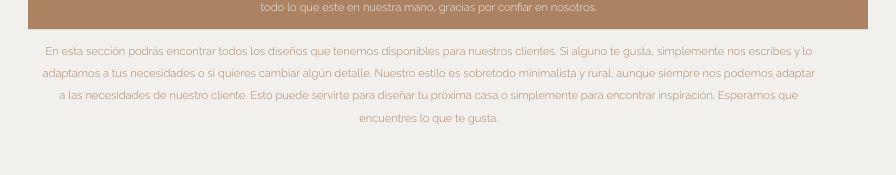
Repository: OmarDvd/proyectoDisenoInterior
Page: disenos.html
The author's editor kept a record of every edit. The page is drawn from the files as they stood at one moment, then again after the next edit.
The browser window is 1280 px wide. The pictures show the part of the page from y = 540 to 2460 px (the page is 790 px tall before and 6388 px after), at 70% of full size.

Above is the page before.
Console error: TypeError: Cannot set properties of null (setting 'onclick')

After the next edit:
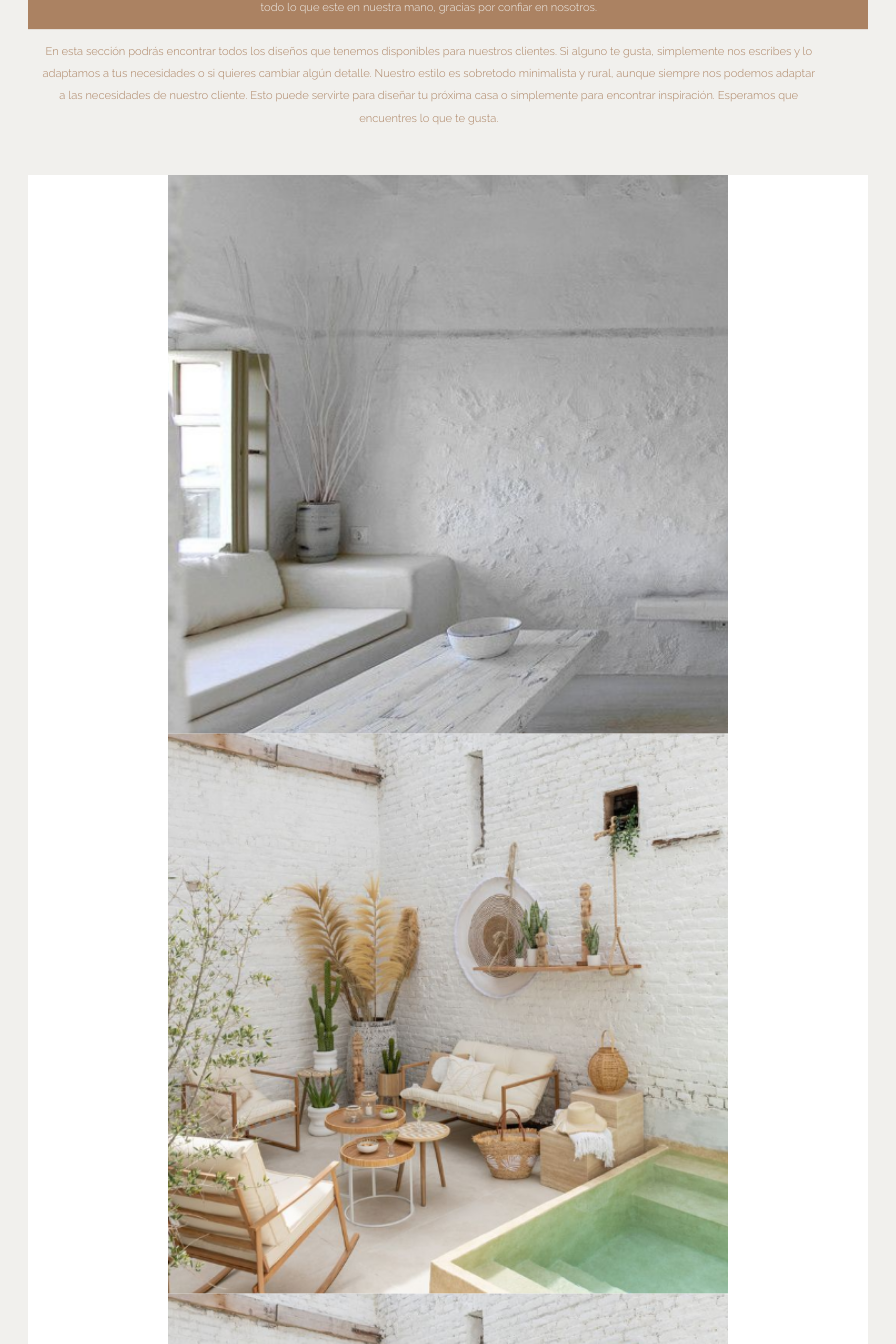
The edit:
--- a/disenos.html
+++ b/disenos.html
@@ -51,9 +51,19 @@
                             En esta sección podrás encontrar todos los diseños que tenemos disponibles para nuestros clientes. Si alguno te gusta, simplemente nos escribes y lo adaptamos a tus necesidades o si quieres cambiar algún detalle. Nuestro estilo es sobretodo minimalista y rural, aunque siempre nos podemos adaptar a las necesidades de nuestro cliente. Esto puede servirte para diseñar tu próxima casa o simplemente para encontrar inspiración. Esperamos que encuentres lo que te gusta.
                         </p>
                     </div>
+
+
                 </div>
 
-
+                <div class="img">
+                        <img src="imagenes/diseños/Captura.PNG"></img>
+                        <img src="imagenes/diseños/1Captura.PNG"></img>
+                        <img src="imagenes/diseños/1Captura.PNG"></img>
+                        <img src="imagenes/diseños/1Captura.PNG"></img>
+                        <img src="imagenes/diseños/1Captura.PNG"></img>
+                        <img src="imagenes/diseños/1Captura.PNG"></img>
+                        <img src="imagenes/diseños/1Captura.PNG"></img>
+                </div>
 
 
             </div>
